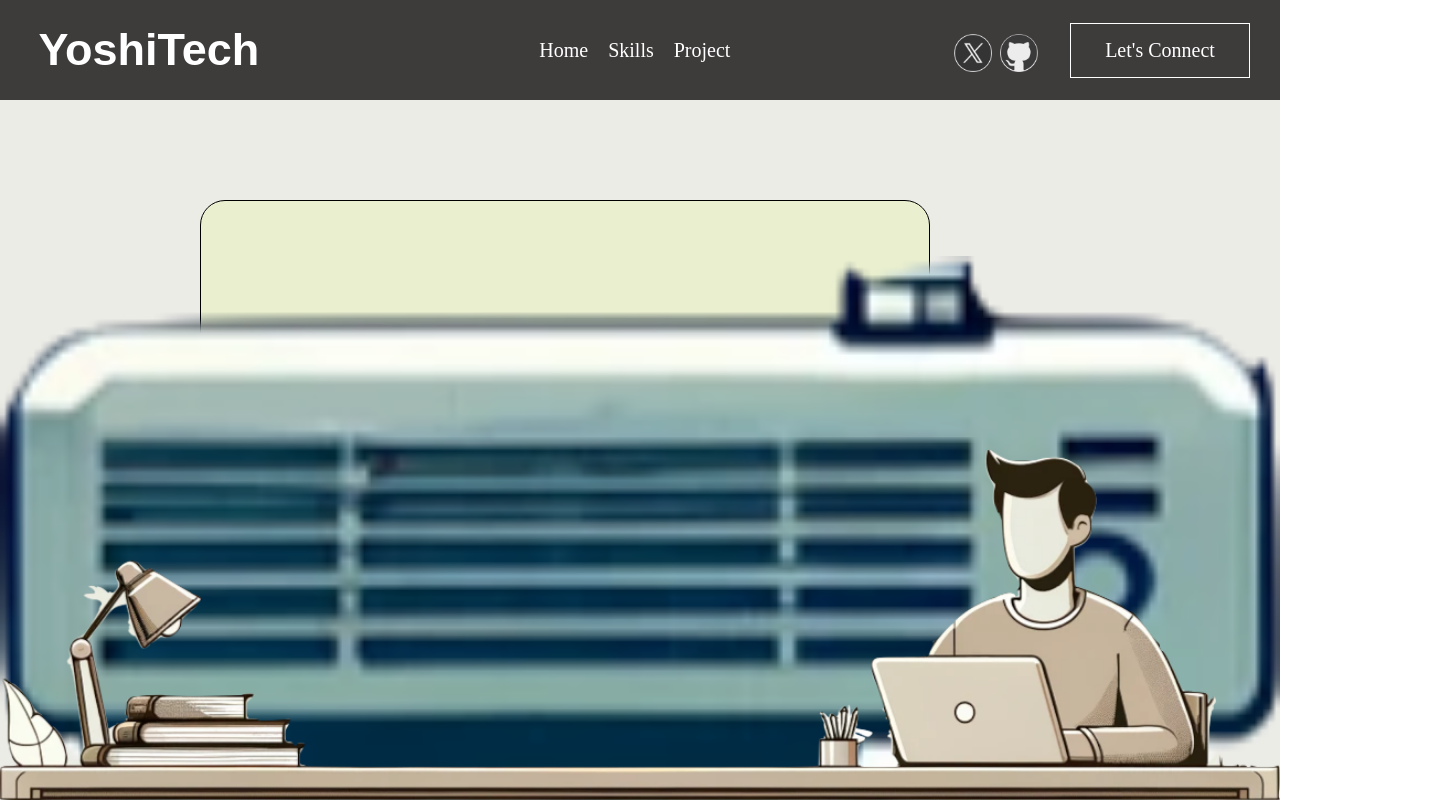
Repository: Yoshiki0418/My_Portfolio
Page: index.html
These files come from the project's save history. The page is drawn as it stood at one moment and after the next save; the edit follows.
The browser window is 1280 px wide. The page is 1280 px wide, then 1454 px, so the pictures cover 1454 px, including what lies to the right of the window. The pictures show the whole page.

Above is the page before, as saved 2024-01-05 21:04:50.

After the next save:
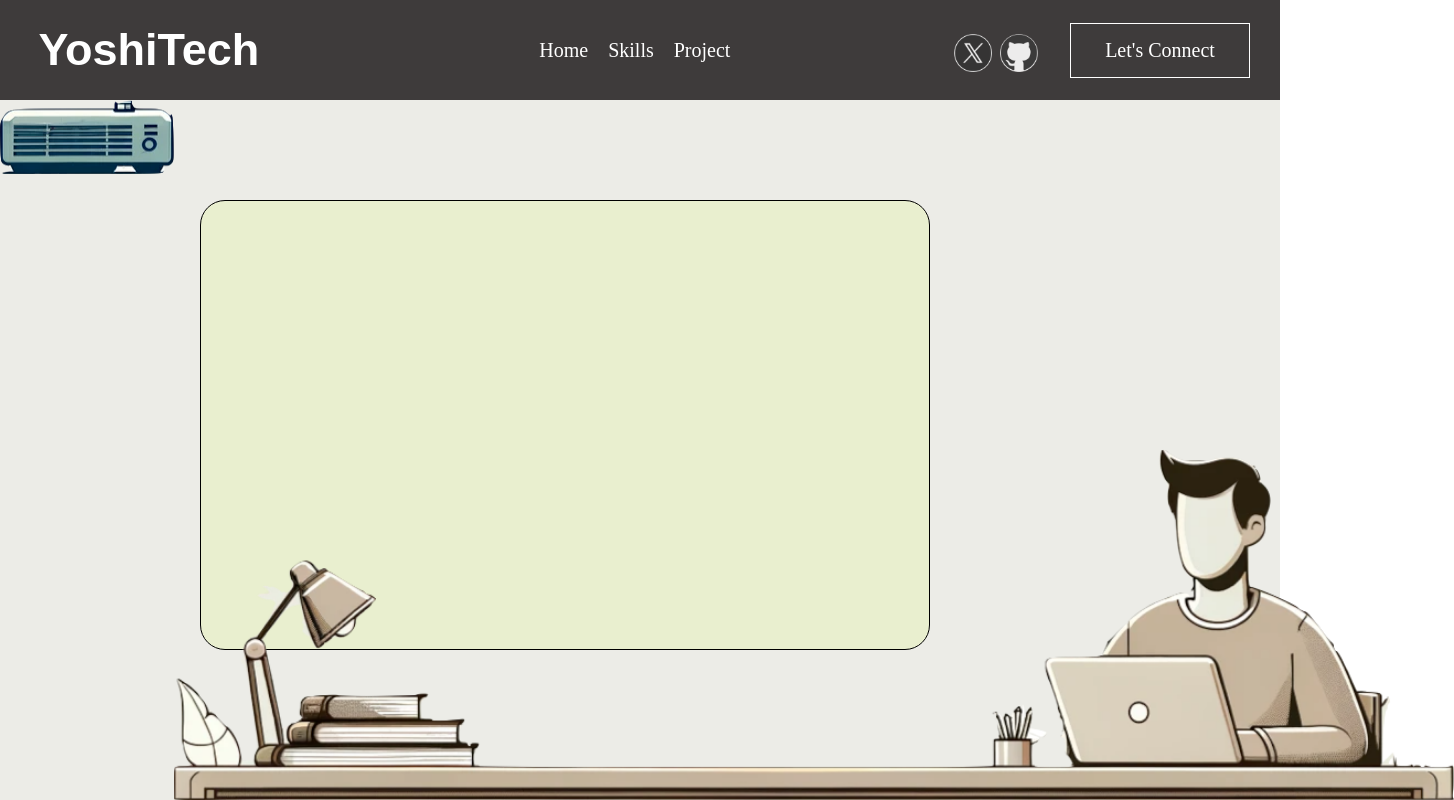
Saved 16 s later.
--- a/index.html
+++ b/index.html
@@ -31,7 +31,7 @@
                     <div class="circle"></div>
                 </div>
             </div>
-            <img class="background" src="static/image/2.png">
+            <img class="background_sub" src="static/image/2.png">
             <img class="background" src="static/image/1.jpeg">
         </section>
     </main>
